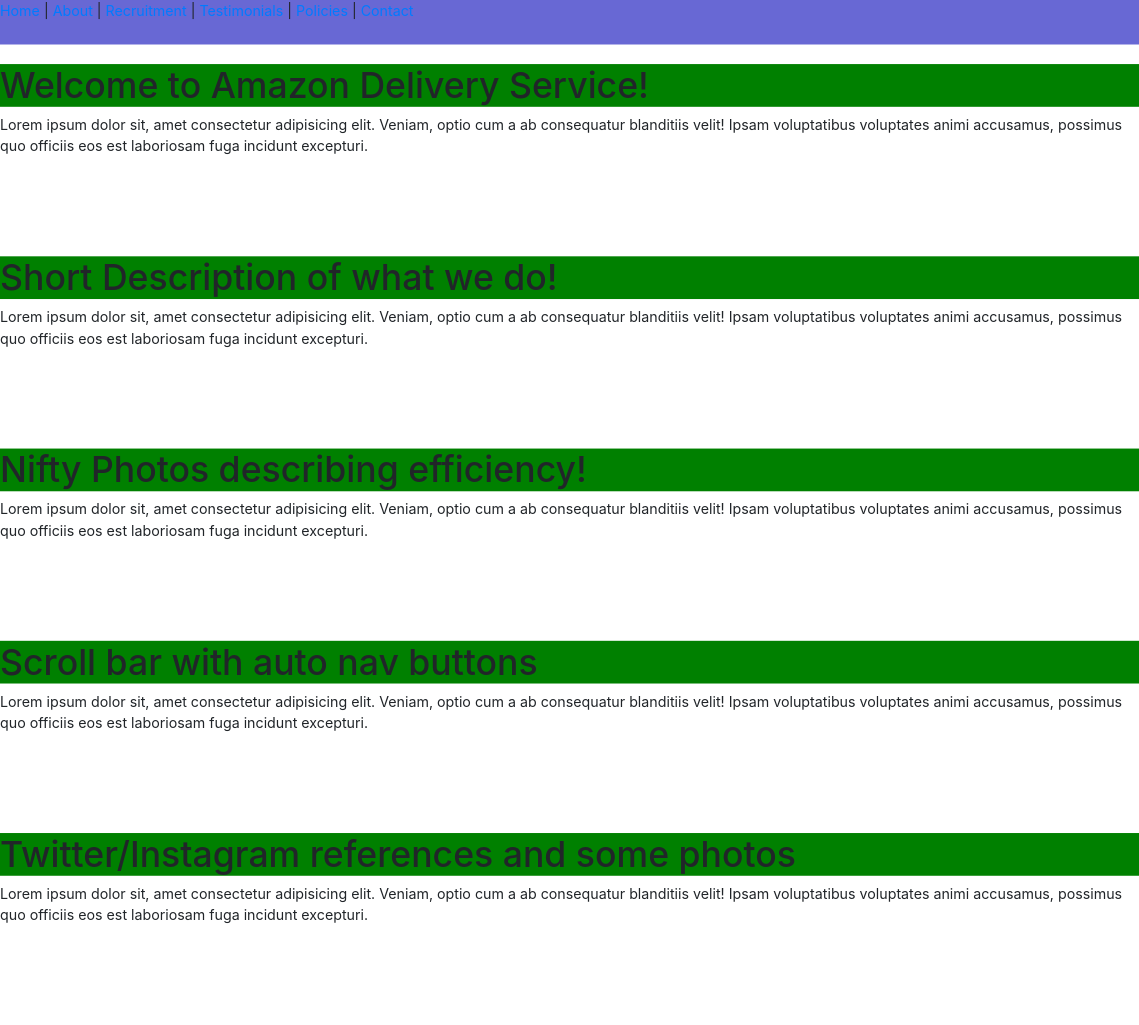
Repository: cerebrium/website
Page: /
An editor plug-in stored every save of this project. The page is shown before and after the next save, followed by the edit.
The browser window is 1280 px wide. The pictures show the whole page, at 89% of full size.
The project was rebuilt for these pictures with package versions that can differ from the ones it lists, and the page was loaded fresh each time. Also part of the build but not shown: src/Routes/About.jsx, src/Routes/Recruitment.jsx, src/Routes/Testimonials.jsx, src/Routes/Policies.jsx, src/Routes/Contact.jsx.

Above is the page before, as saved 2019-11-02 12:24:01.

### src/App.jsx
import React from 'react';
import './styles/App.css'
import {
  BrowserRouter as Router,
  Route,
  Link
} from 'react-router-dom';
import About from './Routes/About'
import Recruitment from './Routes/Recruitment'
import Testimonials from './Routes/Testimonials'
import Policies from './Routes/Policies'
import Home from './Routes/Home'
import Contact from './Routes/Contact'

class App extends React.Component {
  render () {
    return (
      <Router>
        <div className='mainContainer'>
          <div className='navContainer'>
            <nav><Link to='/' >Home</Link> {' | '} <Link to='/about' >About</Link> | <Link to='/recruitment' >Recruitment</Link> | <Link to='/testimonials' >Testimonials</Link> | <Link to='/policies' >Policies</Link> | <Link to='/contact'>Contact</Link></nav>
          </div>
          <Route exact path='/' component={Home}/>
          <Route exact path='/about' component={About}/>
          <Route exact path='/recruitment' component={Recruitment}/>
          <Route exact path='/testimonials' component={Testimonials}/>
          <Route exact path='/policies' component={Policies}/>
          <Route exact path='/contact' component={Contact}/>
        </div>
      </Router>
    )
  }
}

export default App;

### src/styles/App.css

/***************************** MAIN APP STYLING ******************************/

.App {
  text-align: center;
}

.mainContainer {
  min-width: 100vw;
}

.navContainer {
  display: flex;
  justify-content: center;
  position: fixed; /* Make it stick, even on scroll */
  width: 100%;
  height: 100%;
  margin: 0;
  padding: 0;

}

nav {
  background-color: rgb(104, 104, 212);
  height: 7%; /* Full height */
  width: 100%;
}

/***************************** HOME APP STYLING ******************************/
.rowCentering {
  display: flex;
  justify-content: center;
}

h1 {
  background: green;
}

### src/Routes/Home.jsx
import React from 'react';
import '../styles/App.css';

class Home extends React.Component {
    render () {
        return (
            <div className='mainContainer'>
                <div className='rowCentering'>
                    <div className='contentCentering'>
                        <br/><br/><br/>
                        <h1>Welcome to Amazon Delivery Service!</h1>
                        <p>Lorem ipsum dolor sit, amet consectetur adipisicing elit. Veniam, optio cum a ab consequatur blanditiis velit! Ipsam voluptatibus voluptates animi accusamus, possimus quo officiis eos est laboriosam fuga incidunt excepturi.</p>
                        <br/><br/><br/><br/>
                    </div>
                </div>
                <div className='rowCentering'>
                    <div className='contentCentering'>
                        <h1>Short Description of what we do!</h1>
                        <p>Lorem ipsum dolor sit, amet consectetur adipisicing elit. Veniam, optio cum a ab consequatur blanditiis velit! Ipsam voluptatibus voluptates animi accusamus, possimus quo officiis eos est laboriosam fuga incidunt excepturi.</p>
                        <br/><br/><br/><br/>
                    </div>
                </div>
                <div className='rowCentering'>
                    <div className='contentCentering'>
                        <h1>Nifty Photos describing efficiency!</h1>
                        <p>Lorem ipsum dolor sit, amet consectetur adipisicing elit. Veniam, optio cum a ab consequatur blanditiis velit! Ipsam voluptatibus voluptates animi accusamus, possimus quo officiis eos est laboriosam fuga incidunt excepturi.</p>
                        <br/><br/><br/><br/>
                    </div>
                </div>
                <div className='rowCentering'>
                    <div className='contentCentering'>
                        <h1>Scroll bar with auto nav buttons</h1>
                        <p>Lorem ipsum dolor sit, amet consectetur adipisicing elit. Veniam, optio cum a ab consequatur blanditiis velit! Ipsam voluptatibus voluptates animi accusamus, possimus quo officiis eos est laboriosam fuga incidunt excepturi.</p>
                        <br/><br/><br/><br/>
                    </div>
                </div>
                <div className='rowCentering'>
                    <div className='contentCentering'>
                        <h1>Twitter/Instagram references and some photos</h1>
                        <p>Lorem ipsum dolor sit, amet consectetur adipisicing elit. Veniam, optio cum a ab consequatur blanditiis velit! Ipsam voluptatibus voluptates animi accusamus, possimus quo officiis eos est laboriosam fuga incidunt excepturi.</p>
                        <br/><br/><br/><br/>
                    </div>
                </div>
            </div>
        )
    }
}

export default Home;

Loaded but not shown: public/index.html (common file); src/index.js (common file); src/index.css (common file); src/serviceWorker.js (common file)

After the next save:
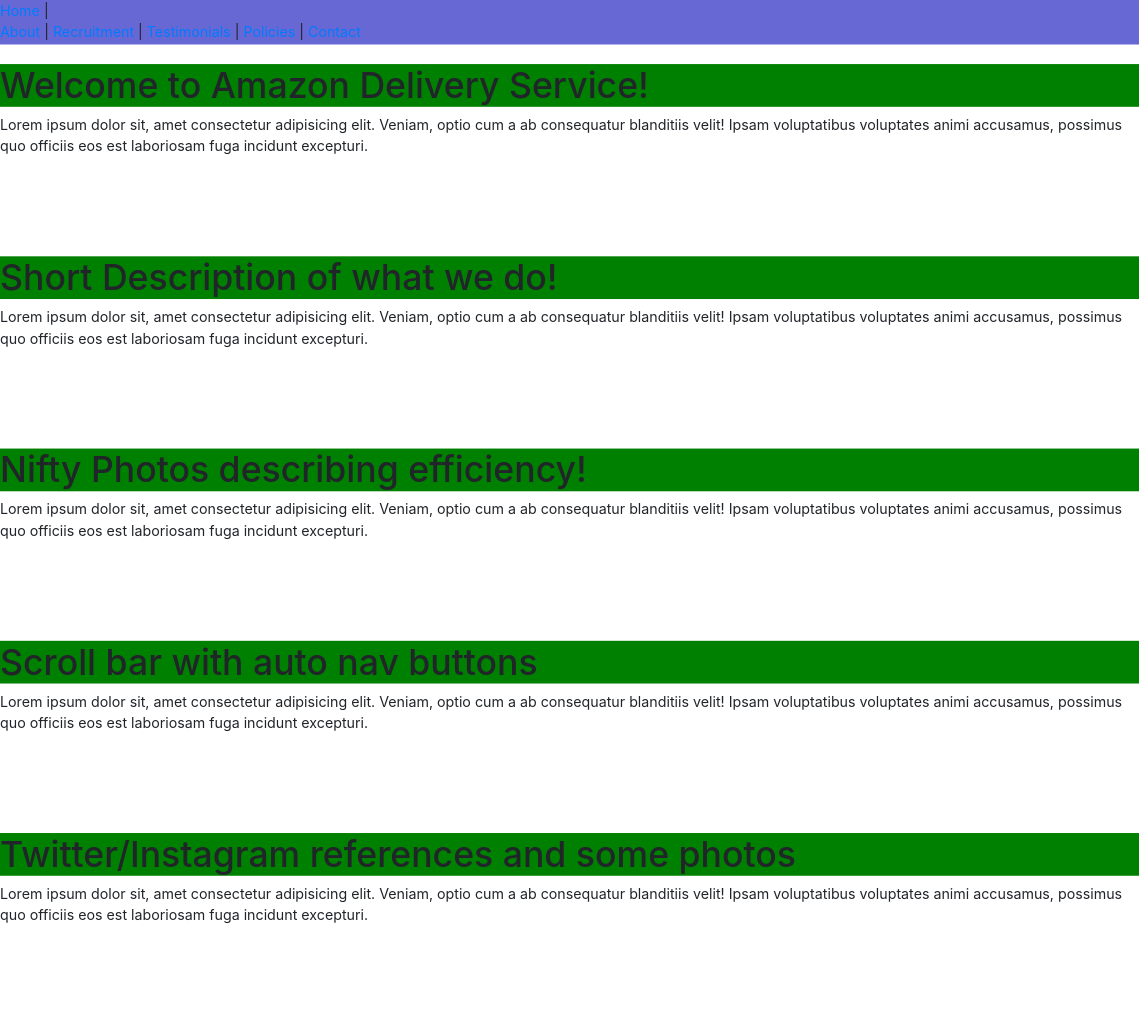
Saved 35 s later.
--- a/src/App.jsx
+++ b/src/App.jsx
@@ -18,7 +18,7 @@
       <Router>
         <div className='mainContainer'>
           <div className='navContainer'>
-            <nav><Link to='/' >Home</Link> {' | '} <Link to='/about' >About</Link> | <Link to='/recruitment' >Recruitment</Link> | <Link to='/testimonials' >Testimonials</Link> | <Link to='/policies' >Policies</Link> | <Link to='/contact'>Contact</Link></nav>
+            <nav><div><Link to='/' >Home</Link> {' | '} </div><Link to='/about' >About</Link> | <Link to='/recruitment' >Recruitment</Link> | <Link to='/testimonials' >Testimonials</Link> | <Link to='/policies' >Policies</Link> | <Link to='/contact'>Contact</Link></nav>
           </div>
           <Route exact path='/' component={Home}/>
           <Route exact path='/about' component={About}/>
